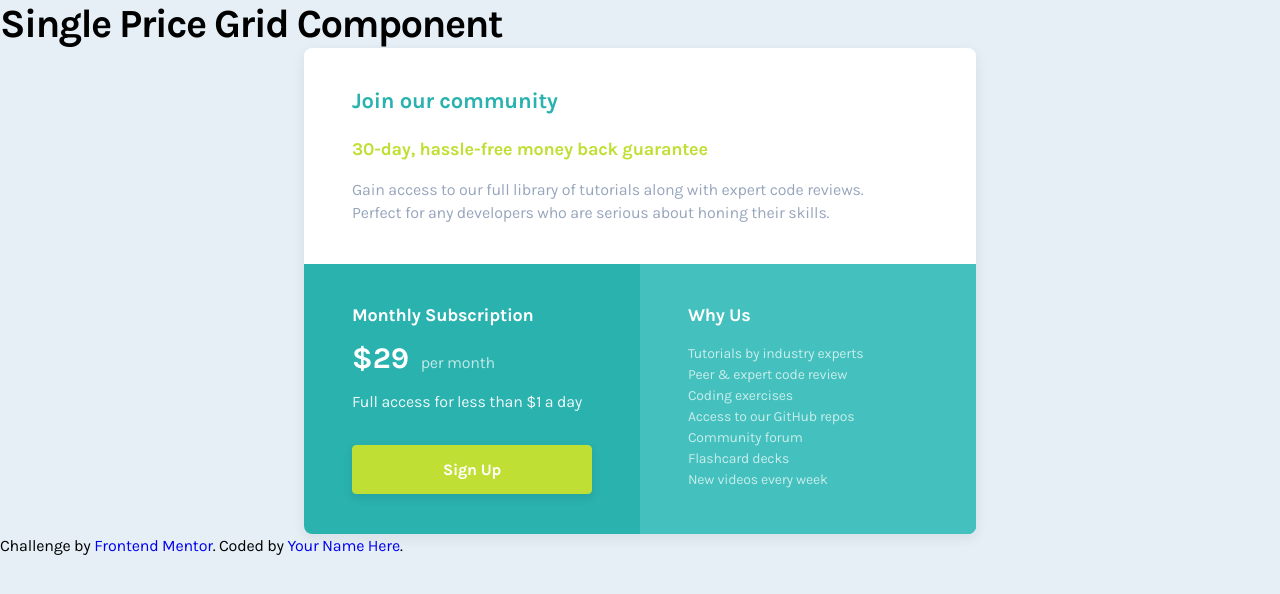
Repository: bangjuyoung/bangjuyoung
Page: practice/frontend-mentor/single-price-grid-component/index.html
These files come from the project's save history. The page is drawn as it stood at one moment and after the next save; the edit follows.
The browser window is 1280 px wide. The pictures show the whole page.

Above is the page before, as saved 2019-06-16 16:06:41.

After the next save:
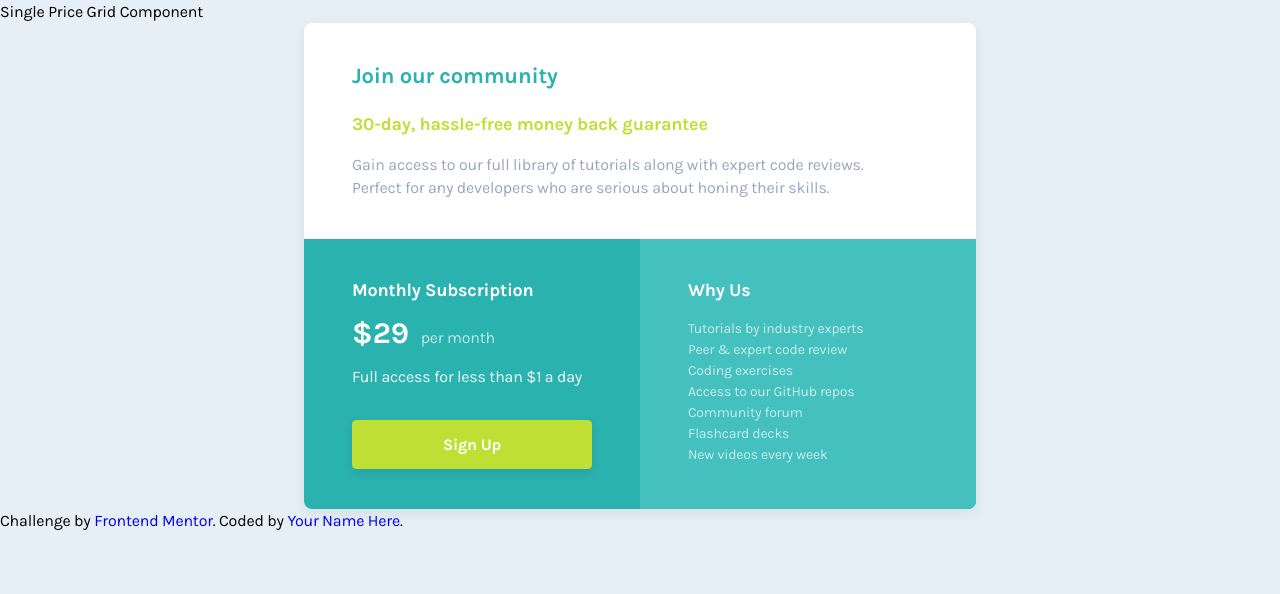
Saved 36 s later.
--- a/practice/frontend-mentor/single-price-grid-component/index.html
+++ b/practice/frontend-mentor/single-price-grid-component/index.html
@@ -15,9 +15,9 @@
   <main role="main" class="">
 
 
-    <article class="">
-      <div class="">
-        <h1 class="text-display2">Single Price Grid Component</h1>
+    <article class="component">
+      <div class="component-header">
+        <h1 class="component-title">Single Price Grid Component</h1>
       </div>
       <div class="bg-white single-price">
         <div class="text-primary--gray single-price__primary">
